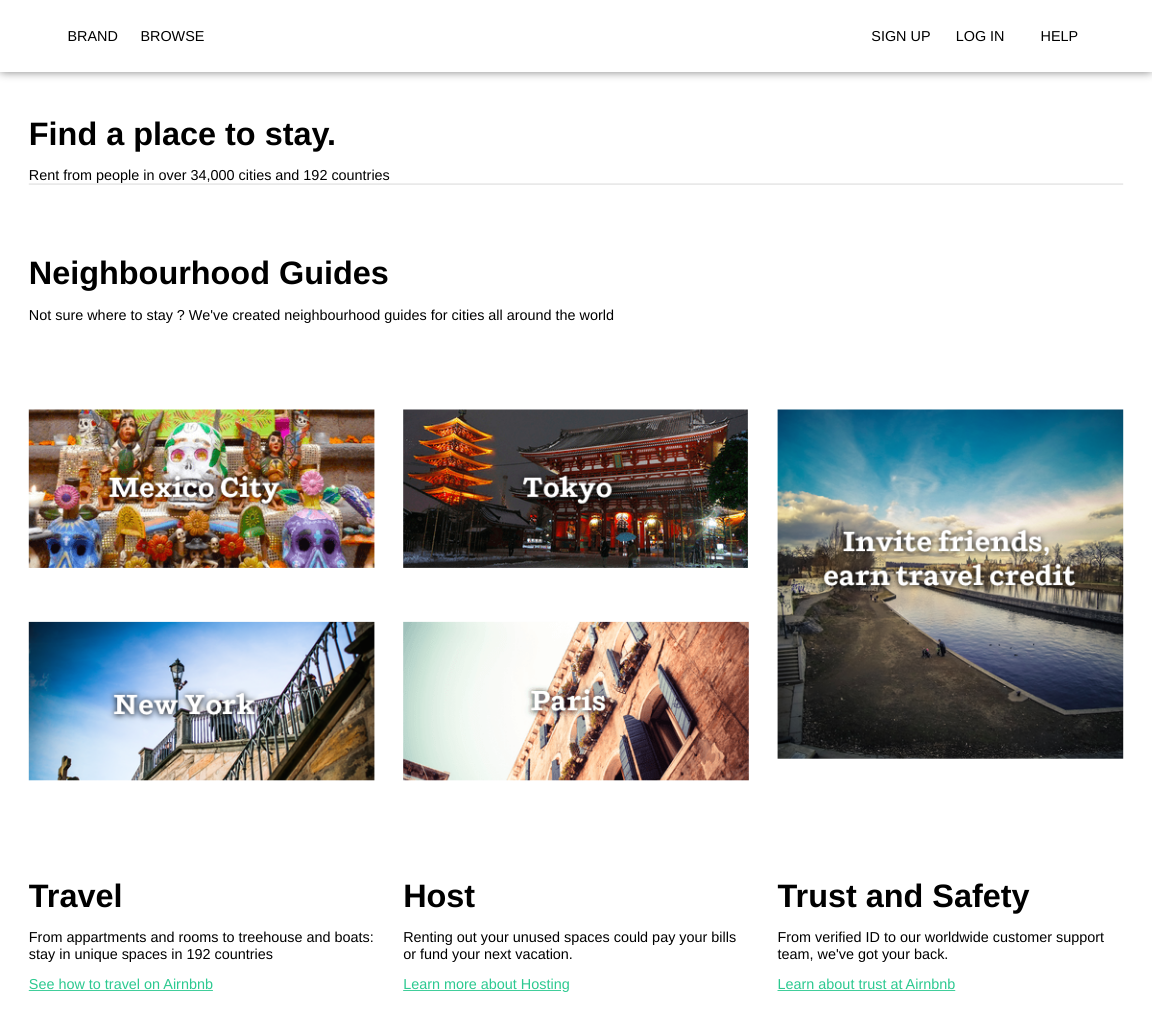
Repository: Naohonproject/web101x02-asm3
Page: Project3.html
An editor plug-in stored every save of this project. The page is shown before and after the next save, followed by the edit.
The browser window is 1280 px wide. The pictures show the whole page, at 90% of full size.

Above is the page before, as saved 2022-01-22 15:29:19.

### Project3.html
<!-- @format -->

<!DOCTYPE html>
<html lang="en">
	<head>
		<meta charset="UTF-8" />
		<meta http-equiv="X-UA-Compatible" content="IE=edge" />
		<meta name="viewport" content="width=device-width, initial-scale=1.0" />
		<link rel="stylesheet" href="./assets/css/style.css" />

		<link rel="stylesheet" href="./assets/css/layout.css" />
		<link rel="stylesheet" href="./assets/css/responsive.css" />
		<title>Home</title>
	</head>
	<body>
		<header id="header">
			<div class="header-wrapper">
				<div class="nav-bar">
					<div class="left-col">
						<div class="nav-item ml">
							<a href="#">Brand</a>
						</div>

						<div class="nav-item ml">
							<a href="#">Browse</a>
						</div>
					</div>

					<div class="right-col">
						<div class="nav-item ml">
							<a href="Signup.html" target="_blank">Sign Up</a>
						</div>

						<div class="nav-item ml">
							<a href="login.html" target="_blank">Log In</a>
						</div>

						<div class="nav-item ml mr">
							<a href="#" target="_blank">Help</a>
						</div>
					</div>
				</div>
			</div>
		</header>

		<div id="main" class="p-32">
			<div id="banner">
				<div class="banner-wrapper">
					<div class="content-heading">
						<h1 class="bold-text">Find a place to stay.</h1>
					</div>
					<div class="content-desc">
						<p>Rent from people in over 34,000 cities and 192 countries</p>
					</div>
				</div>
			</div>

			<div id="section">
				<div class="section-wrapper">
					<div class="section-heading">
						<h2 class="bold-text">Neighbourhood Guides</h2>
					</div>
					<div class="section-desc">
						<p>
							Not sure where to stay ? We've created neighbourhood guides for
							cities all around the world
						</p>
					</div>
				</div>
			</div>

			<div id="img-list">
				<div class="img-list-wrapper row">
					<div class="image-block col-tablet-6 col-desktop-4">
						<img
							class="first-img"
							src="./assets/img/web101x-Mexico City.png"
							alt="Mexico City"
							width="360"
						/>
						<img
							src="./assets/img/web101x-New York.png"
							alt="New York City"
							width="360"
						/>
					</div>
					<div class="image-block col-tablet-6 col-desktop-4">
						<img
							class="first-img"
							src="./assets/img/web101x-Tokyo.png"
							alt="Tokyo City"
							width="360"
						/>
						<img
							src="./assets/img/web101x-Paris.png"
							alt="Paris City"
							width="360"
						/>
					</div>
					<div class="image-block col-tablet-6 col-desktop-4">
						<img
							src="./assets/img/web101x-Invitation.png"
							alt="Invitation image"
							width="360"
						/>
					</div>
				</div>
				<div class="clear"></div>
			</div>
		</div>

		<footer id="footer" class="p-32">
			<div class="footer-wrapper row">
				<div class="footer-block col-desktop-4">
					<h3 class="bold-text">Travel</h3>
					<p>
						From appartments and rooms to treehouse and boats: stay in unique
						spaces in 192 countries
					</p>
					<a href="#">See how to travel on Airnbnb</a>
				</div>

				<div class="footer-block col-desktop-4">
					<h3 class="bold-text">Host</h3>
					<p>
						Renting out your unused spaces could pay your bills or fund your
						next vacation.
					</p>
					<a href="#">Learn more about Hosting</a>
				</div>

				<div class="footer-block col-desktop-4">
					<h3 class="bold-text">Trust and Safety</h3>
					<p>
						From verified ID to our worldwide customer support team, we've got
						your back.
					</p>
					<a href="#">Learn about trust at Airnbnb</a>
				</div>
				<div class="clear"></div>
			</div>
		</footer>
	</body>
</html>

### assets/css/style.css
/**
 * /* ======reset css======
 *
 * @format
 */

*,
::before,
::after {
	padding: 0;
	margin: 0;
	box-sizing: border-box;
	list-style-type: none;
	text-decoration: none;
	color: #000;
}

html {
	font-family: "Helvetica Neue", Helvetica, Arial;
}

.header-wrapper {
	font-size: 16px;
}

.nav-bar a {
	color: #fff;
	text-transform: uppercase;
}

### assets/css/layout.css
/** @format */
.ml {
	margin-left: 10px;
}

.mr {
	margin-right: 10px;
}

.row {
	display: flex;
	flex-direction: row;
	flex-wrap: wrap;
}

.bold-text {
	font-size: 36px;
	font-weight: bold;
}

.row > * {
	width: 100%;
	max-width: 100%;
	flex-shrink: 0;
}

.col-1 {
	width: 8.33%;
}
.col-2 {
	width: 16.66%;
}
.col-3 {
	width: 25%;
}
.col-4 {
	width: 33.33%;
}
.col-5 {
	width: 41.66%;
}
.col-6 {
	width: 50%;
}
.col-7 {
	width: 58.33%;
}
.col-8 {
	width: 66.66%;
}
.col-9 {
	width: 75%;
}
.col-10 {
	width: 83.33%;
}
.col-11 {
	width: 91.66%;
}
.col-12 {
	width: 100%;
}

#header {
	width: 100vw;
	height: 80px;
	background-color: #60646d;
	background-clip: border-box;
	position: fixed;
	left: 0;
	top: 0;
	z-index: 1;
}

.nav-bar {
	display: flex;
	flex-direction: row;
	flex-wrap: no-wrap;
	align-items: center;
	justify-content: space-evenly;
	padding: 0 20px;
}

.nav-item {
	width: 70px;
	height: 80px;
	padding: 32px 0;
	text-align: center;
}

.left-col {
	display: flex;
	flex: 2;
	flex-direction: row;
	justify-content: space-around;
	align-items: center;
}

.right-col {
	display: flex;
	flex: 3;
	flex-direction: row;
	justify-content: space-around;
	align-items: center;
}

#main {
	margin-top: 60px;
}

#main,
#footer {
	padding: 32px;
}

#banner {
	width: 100%;
	background-color: #fff;
	color: #000;
	position: relative;
	top: 0;
	left: 0;
}

div[class*="-heading"] {
	padding-top: 36px;
}

div[class*="-desc"] {
	margin-top: 16px;
}

#section {
	margin-top: 42px;
}

#img-list {
	width: 100%;
}

.img-list-wrapper {
	padding: 24px 0;
	margin: 0 auto;
}

#img-list img {
	width: 100%;
	margin-top: 56px;
}

.footer-block {
	padding: 24px 0;
}

.footer-block > * {
	padding: 16px 0;
}

#footer a {
	color: #2cc990;
	text-decoration: underline;
}

### assets/css/responsive.css
/** @format */

/* ========responsive for tablet */

@media screen and (min-width: 768px) {
	#header {
		background-color: #87766c;
	}

	.nav-bar {
		padding: 0 28px;
	}

	.left-col {
		justify-content: flex-start;
	}

	.right-col {
		justify-content: flex-end;
	}

	.ml {
		margin-left: 14px;
	}

	.mr {
		margin-right: 14px;
	}

	.img-list-wrapper {
		margin: 0 -24px;
	}

	.col-tablet-1 {
		width: 8.33%;
	}
	.col-tablet-2 {
		width: 16.66%;
	}
	.col-tablet-3 {
		width: 25%;
	}
	.col-tablet-4 {
		width: 33.33%;
	}
	.col-tablet-5 {
		width: 41.66%;
	}
	.col-tablet-6 {
		width: 50%;
		padding: 0 24px;
	}
	.col-tablet-7 {
		width: 58.33%;
	}
	.col-tablet-8 {
		width: 66.66%;
	}
	.col-tablet-9 {
		width: 75%;
	}
	.col-tablet-10 {
		width: 83.33%;
	}
	.col-tablet-11 {
		width: 91.66%;
	}
	.col-tablet-12 {
		width: 100%;
	}

	#footer p {
		padding-top: 0;
	}

	#main {
		padding-bottom: 0;
	}

	#footer {
		padding-top: 0;
	}

	.footer-block {
		margin-top: 32px;
	}

	#banner {
		border-bottom: 1px solid #d4d4d4;
	}
}

/* ========responsive for desktop */

@media screen and (min-width: 992px) {
	#header {
		background-color: #fff;
		box-shadow: 0 0 10px gray;
	}

	.nav-bar {
		padding: 0 50px;
	}

	.left-col {
		justify-content: flex-start;
	}

	.right-col {
		justify-content: flex-end;
	}

	.ml {
		margin-left: 18px;
	}

	.mr {
		margin-right: 18px;
	}

	.nav-bar a {
		color: #000;
	}
	.row {
		margin: 0 -16px;
	}

	.col-desktop-1 {
		width: 8.33%;
	}
	.col-desktop-2 {
		width: 16.66%;
	}
	.col-desktop-3 {
		width: 25%;
	}
	.col-desktop-4 {
		width: 33.33%;
		padding: 16px;
	}
	.col-desktop-5 {
		width: 41.66%;
	}
	.col-desktop-6 {
		width: 50%;
	}
	.col-desktop-7 {
		width: 58.33%;
	}
	.col-desktop-8 {
		width: 66.66%;
	}
	.col-desktop-9 {
		width: 75%;
	}
	.col-desktop-10 {
		width: 83.33%;
	}
	.col-desktop-11 {
		width: 91.66%;
	}
	.col-desktop-12 {
		width: 100%;
	}
}

After the next save:
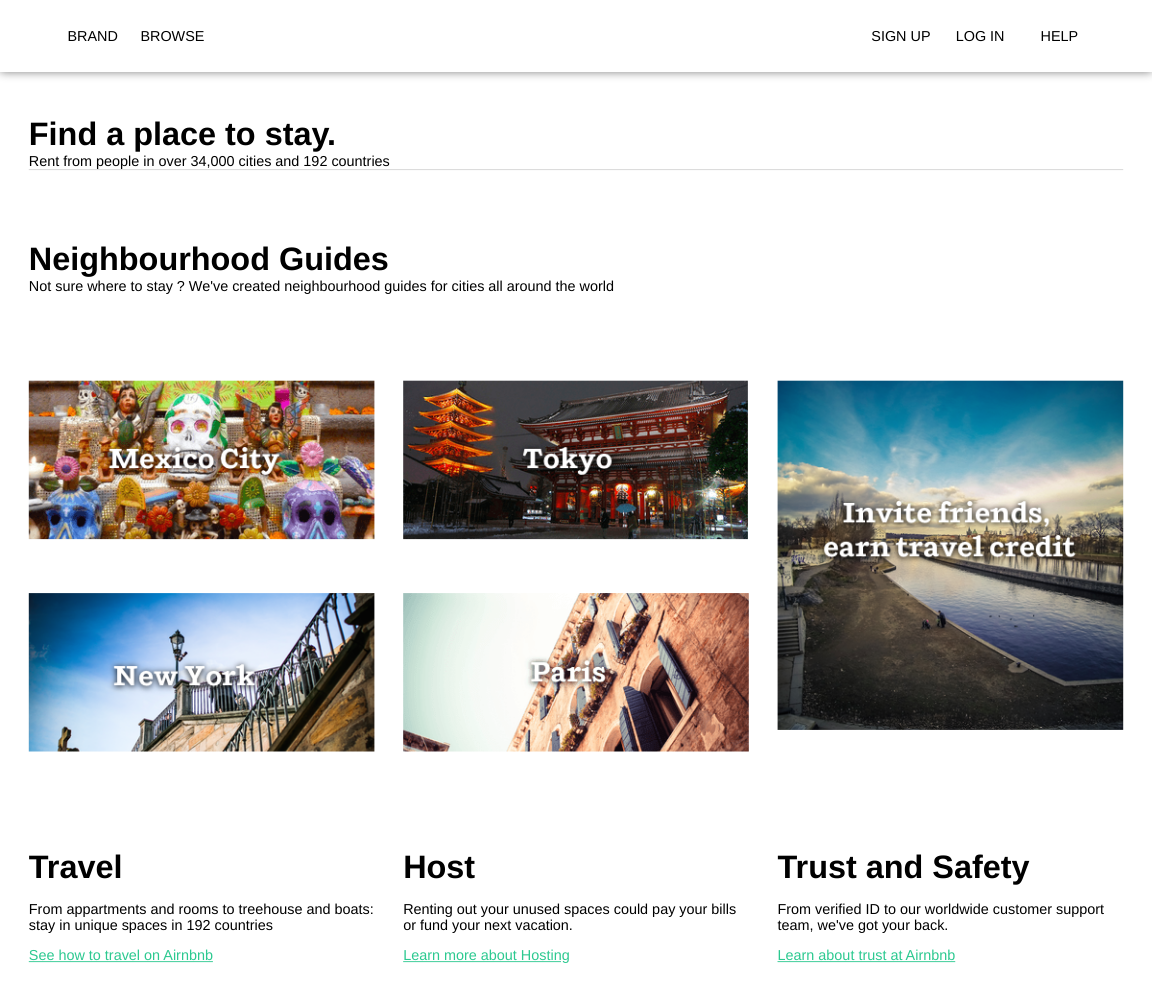
Saved 55 s later.
--- a/assets/css/layout.css
+++ b/assets/css/layout.css
@@ -127,7 +127,7 @@
 }
 
 div[class*="-desc"] {
-	margin-top: 16px;
+	margin-top: 16p;
 }
 
 #section {

After the save that followed:
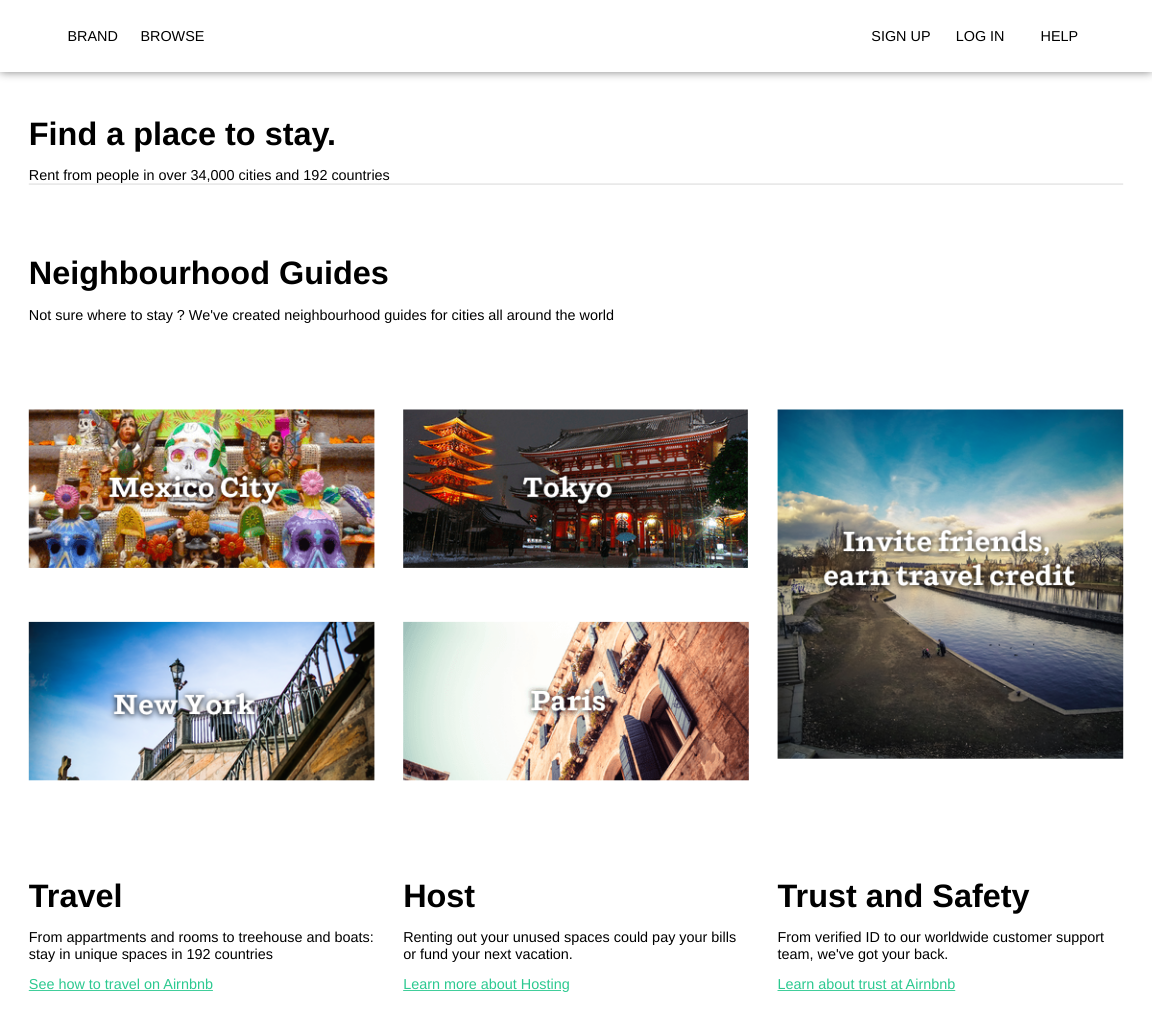
Saved 18 s later.
--- a/assets/css/layout.css
+++ b/assets/css/layout.css
@@ -127,7 +127,8 @@
 }
 
 div[class*="-desc"] {
-	margin-top: 16p;
+	margin-top: 16px;
+    padding-btn;
 }
 
 #section {
